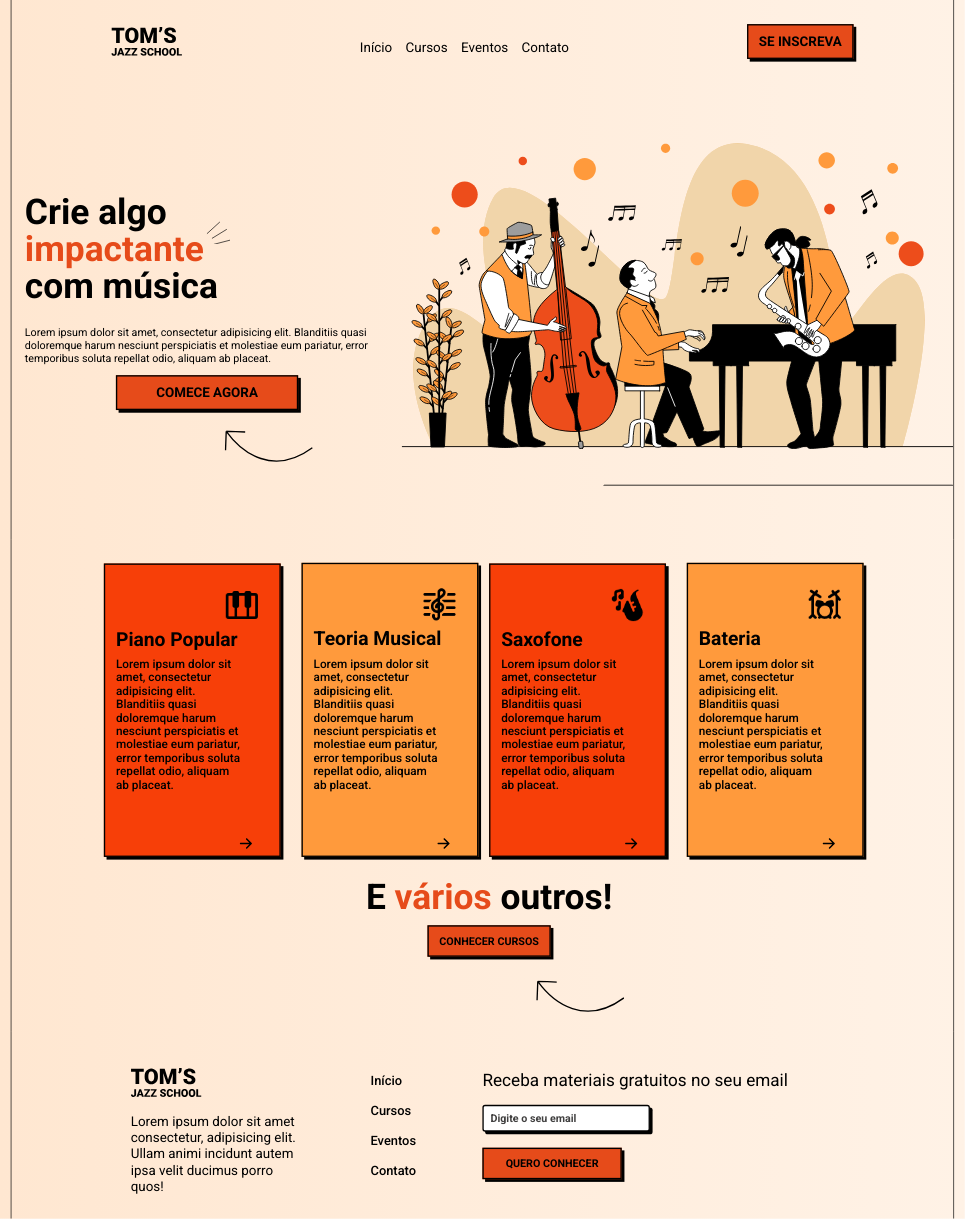
Repository: guilhermecardoso93/obebitecode
Page: index.html
The author's editor kept a copy of each file at every save. The page is drawn from the files as they stood at one save, then again after the next save.
The browser window is 1440 px wide. The pictures show the whole page, at 67% of full size.

Above is the page before, as saved 2023-08-16 21:22:24.

### index.html
<!DOCTYPE html>
<html lang="pt-BR">

<head>
  <meta charset="UTF-8" />
  <meta name="viewport" content="width=device-width, initial-scale=1.0" />
  <link rel="preconnect" href="https://fonts.googleapis.com" />
  <link rel="preconnect" href="https://fonts.gstatic.com" crossorigin />
  <link href="https://fonts.googleapis.com/css2?family=Roboto:wght@400;500;700&display=swap" rel="stylesheet" />
  <link rel="stylesheet" href="css/style.css" />
  <title>Tom's Jazz School</title>
</head>

<body>
  <header>
    <div class="container">
      <img src="./assets/logo.svg" alt="Logo da Tom's Jazz School" />
      <nav>
        <a href="/"><span>Início</span></a>
        <a href="/"><span>Cursos</span></a>
        <a href="/"><span>Eventos</span></a>
        <a href="/"><span>Contato</span></a>
      </nav>
      <a href="/" class="subscribeButton subscribeButton mt-1 mx-auto mb-1">Se Inscreva</a>
    </div>
  </header>

  <main>
    <section class="hero-section">
      <div class="container row-reverse">
        <img src="./assets/hero-img.svg" alt="Banda de Jazz Tocando" />
        <div>
          <h1 class="mt-2">
            Crie algo <span class="text-primary decoration">impactante</span> com música
          </h1>
          <p class="mt-2 mb-2"></p>
          Lorem ipsum dolor sit amet, consectetur adipisicing elit. Blanditiis
          quasi doloremque harum nesciunt perspiciatis et molestiae eum
          pariatur, error temporibus soluta repellat odio, aliquam ab placeat.
          </p>
          <a href="/" class="subscribeButton mt-1 mx-auto">Comece Agora</a>
        </div>
      </div>
    </section>
    <section class="hero-section">
      <div class="cards">
        <article class="card">
          <img src="./assets/piano.png" alt="ícone de tecla de piano" />
          <h3>Piano Popular</h3>
          <p>
            Lorem ipsum dolor sit amet, consectetur adipisicing elit.
            Blanditiis quasi doloremque harum nesciunt perspiciatis et
            molestiae eum pariatur, error temporibus soluta repellat odio,
            aliquam ab placeat.
          </p>
          <a href="#">
            <img src="./assets/arrow-right.svg" alt="svg de seta para direita" />
          </a>
        </article>
        <article class="card">
          <img src="./assets/clef.png" alt="Icone de clave de sol" />
          <h3>Teoria Musical</h3>
          <p>
            Lorem ipsum dolor sit amet, consectetur adipisicing elit.
            Blanditiis quasi doloremque harum nesciunt perspiciatis et
            molestiae eum pariatur, error temporibus soluta repellat odio,
            aliquam ab placeat.
          </p>
          <a href="#">
            <img src="./assets/arrow-right.svg" alt="svg de seta para direita" />
          </a>
        </article>
        <article class="card">
          <img src="./assets/sax.png" alt="Icone de saxofone" />
          <h3>Saxofone</h3>
          <p>
            Lorem ipsum dolor sit amet, consectetur adipisicing elit.
            Blanditiis quasi doloremque harum nesciunt perspiciatis et
            molestiae eum pariatur, error temporibus soluta repellat odio,
            aliquam ab placeat.
          </p>
          <a href="#">
            <img src="./assets/arrow-right.svg" alt="svg de seta para direita" />
          </a>
        </article>
        <article class="card">
          <img src="./assets/drums.png" alt="Ícone de bateria" />
          <h3>Bateria</h3>
          <p>
            Lorem ipsum dolor sit amet, consectetur adipisicing elit.
            Blanditiis quasi doloremque harum nesciunt perspiciatis et
            molestiae eum pariatur, error temporibus soluta repellat odio,
            aliquam ab placeat.
          </p>
          <a href="#">
            <img src="./assets/arrow-right.svg" alt="svg de seta para direita" />
          </a>
        </article>
      </div>
      <div class="rodape-article">
        <h1 class=> E <span>vários</span> outros!</h1>
        <a href="/" class="subscribeButton btn-courses">conhecer cursos</a>
      </div>
    </section>
  </main>
  <footer id="contato">
    <div class="container">
      <div class='about'>
        <img src="./assets/logo.svg" alt="Banda de Jazz Tocando" class="mt-1" />
        <p>Lorem ipsum dolor sit amet consectetur, adipisicing elit. Ullam animi incidunt autem ipsa velit ducimus porro
          quos!</p>
      </div>
      <nav class="footer-menu">
        <a href="#inicio"><span>Início</span></a>
        <a href="#cursos"><span>Cursos</span></a>
        <a href="#eventos"><span>Eventos</span></a>
        <a href="#contato"><span>Contato</span></a>
      </nav>
      <form>
        <label for="email" class="mb-1">Receba materiais gratuitos no seu email</label>
        <input type="email" placeholder="Digite o seu email">
        <a href="/" class="subscribeButton btn-footer">quero conhecer</a>
    </form>
    </div>
  </footer>
</body>

</html>

### css/style.css
@import url("./basics.css");
@import url("./header.css");
@import url("./main.css");
@import url("./footer.css");
@import url("./responsivo.css");

### css/basics.css
* {
  margin: 0;
  padding: 0;
  box-sizing: border-box;
  font-family: "Roboto", sans-serif;
}

:root {
  --color-primary: #ed4d1b;
  --color-secondary: #ff9a3c;
  --color-black: #000;
  --color-white: #fff;
}

body {
  background: linear-gradient(90deg, #ffe7d1 0%, #fff2e6 100%);
  padding: 0 1rem;
}

body,
html {
  overflow-x: hidden !important;
}

a {
  text-decoration: none;
  cursor: pointer;
}

.mt-1 {
  margin-top: 1rem;
}

.mt-2 {
  margin-top: 2rem;
}

.mb-1 {
  margin-bottom: 1rem;
}

.mb-2 {
  margin-bottom: 2rem;
}

.mx-auto {
  margin-left: auto;
  margin-right: auto;
}

.text-primary {
  color: var(--color-primary);
}

.text-center {
  text-align: center;
}

header,
.hero-section,
.courses-section,
footer {
  border-color: --color-black;
  border-style: solid;
  border-width: 0 1px;
  padding: 20px;
}

.subscribeButton {
  border: 2px solid #000;
  box-shadow: 4px 4px 0 #000;
  font-weight: 600;
  display: block;
  background: #e64b1a;
  text-transform: uppercase;
  font-size: 1.25rem;
  padding: 0.75rem 1rem;
  max-width: 17rem;
  position: relative;
  color: var(--color-black);
  text-align: center;
}

.subscribeButton:hover {
  border: 2px solid #e64b1a;
  box-shadow: 4px 4px 0 #e64b1a;
  font-weight: 600;
  display: block;
  color: #e64b1a;
  text-transform: uppercase;
  font-size: 1.25rem;
  padding: 0.75rem 1rem;
  max-width: 17rem;
  position: relative;
  background: var(--color-black);
  text-align: center;
}

span {
  margin: 0;
}

### css/header.css
header img {
  display: block;
  margin: 1rem auto;
}

header nav {
  display: grid;
  grid-template-columns: 1fr 1fr;
  margin-bottom: 1rem;
  margin: 1rem auto 0;
}

nav a {
  color: var(--color-black);
  font-size: 1.25rem;
  padding: 0.5rem;
  text-decoration: none;
  text-weight: bold;
}

nav a span:hover {
  border-bottom: 3px solid #000;
}

header nav a:nth-child(2n-1) {
  text-align: right;
}

### css/main.css
.hero-section {
  padding-right: 0;
  padding-bottom: 5rem;
}

.hero-section img {
  display: block;
  margin: 1.25rem 0 0 auto;
  max-width: 100%;
}

h1 {
  font-size: 3.3rem;
  line-height: 105%;
  font-weight: 700;
}

h2 {
  font-size: 2.5rem;
}

.hero-section p {
  font-size: 1.25rem;
  padding-right: 1.25rem;
}

.hero-section .subscribeButton {
  position: relative;
}

.hero-section .subscribeButton::after {
  content: "";
  background: url("../assets/arrow-curve.svg") no-repeat;
  display: block;
  content: "";
  width: 100%;
  height: 50px;
  position: absolute;
  top: 5rem;
  left: 10rem;
}

.decoration {
  display: block;
  color: #e64b1a;
  position: relative;
}

.decoration::after {
  content: "";
  background: url("../assets/three-dashes.svg");
  position: absolute;
  top: -1rem;
  height: 36px;
  width: 40px;
}

.courses-section {
  display: grid;
  justify-content: center;
  gap: 20px;
  margin-top: -5rem;
  border-top: none;
}

.card {
  background: #f73f08;
  display: grid;
  justify-content: center;
  align-items: center;
  padding: 1rem 2rem 0 1rem;
  max-width: 16.5rem;
  gap: 10px;
  box-shadow: 4px 4px 0 #000;
  border: 2px solid #000;
}

.card h3 {
  font-size: 1.8rem;
  font-weight: 600;
}

.card p {
  font-size: 1.1rem;
  font-weight: 500;
  margin-bottom: 30px;
}

.card a {
  margin-left: 11rem;
}

.card:nth-child(2n) {
  margin-left: 0.935rem;
  background: #ff9a3c;
}

.rodape-article {
  display: flex;
  flex-direction: column;
  align-items: center;
  gap: 15px;
  font-weight: 900;
  font-size: 2.5rem;
  margin: 2rem 0;
}

.rodape-article span {
  color: #e64b1a;
}

.btn-courses {
  max-width: 13rem;
  font-size: 1rem;
}

.btn-courses:hover {
  max-width: 13rem;
  font-size: 1rem;
}

### css/footer.css
footer {
  display: grid;
  gap: 10px;
}
footer h1 {
  font-size: 1.5rem;
  text-transform: uppercase;
  font-weight: 900;
}

footer span {
  font-size: 3rem;
}

footer p {
  margin-top: 20px;
  font-size: 1.2rem;
}

.footer-menu {
  display: flex;
  flex-direction: column;
  gap: 5px;
  margin: 2rem 0;
}

.footer-menu a span {
  font-size: 1.2rem;
  font-weight: 500;
}

.footer-menu a span:hover {
  border-bottom: 3px solid #000;
}

footer label {
  font-size: 1.6rem;
  line-height: 1;
}
footer input {
  border-radius: 4px;
  padding: 0 10px;
  margin: 1.5rem 0;
  width: 250px;
  height: 40px;
  border: 2px solid #000;
  box-shadow: 4px 4px 0 #000;
}
footer input::placeholder {
  color: #414040;
  font-size: 1rem;
  font-weight: 900;
}

.btn-footer {
  font-size: 1rem;
  max-width: 13rem;
}

.btn-footer:hover {
  font-size: 1rem;
  max-width: 13rem;
}

### css/responsivo.css
@media screen and (min-width: 40rem) {
  header nav {
    display: block;
    text-align: center;
  }

  .cards {
    display: flex;
    flex: 1;
    flex-wrap: wrap;
    justify-content: center;
  }

  .card:nth-child(2n) {
    margin-top: 0.935rem;
    margin-right: 1rem;
  }

  .card:nth-child(2n-1) {
    margin-top: 1rem;
    margin-right: 1rem;
  }
}

@media screen and (min-width: 48rem) {
  header div {
    display: flex;
    align-items: center;
    justify-content: space-between;
  }

  header img,
  header nav,
  haeder a {
    margin: o;
  }
}

@media screen and (min-width: 72rem) {
  .container {
    display: flex;
    align-items: center;
    margin: 0 auto;
    max-width: 72rem;
  }

  .row-reverse {
    flex-direction: row-reverse;
  }

  footer .about {
    flex: 2
  }

  footer .about p {
    font-size: 1.25rem;
    max-width: 16rem;
  }

  footer nav {
    flex: 1
  }

  footer form {
    flex: 3;
  }
}


@media screen and (min-width: 90rem) {
  .container {
    max-width: 90rem;
  }
}

After the next save:
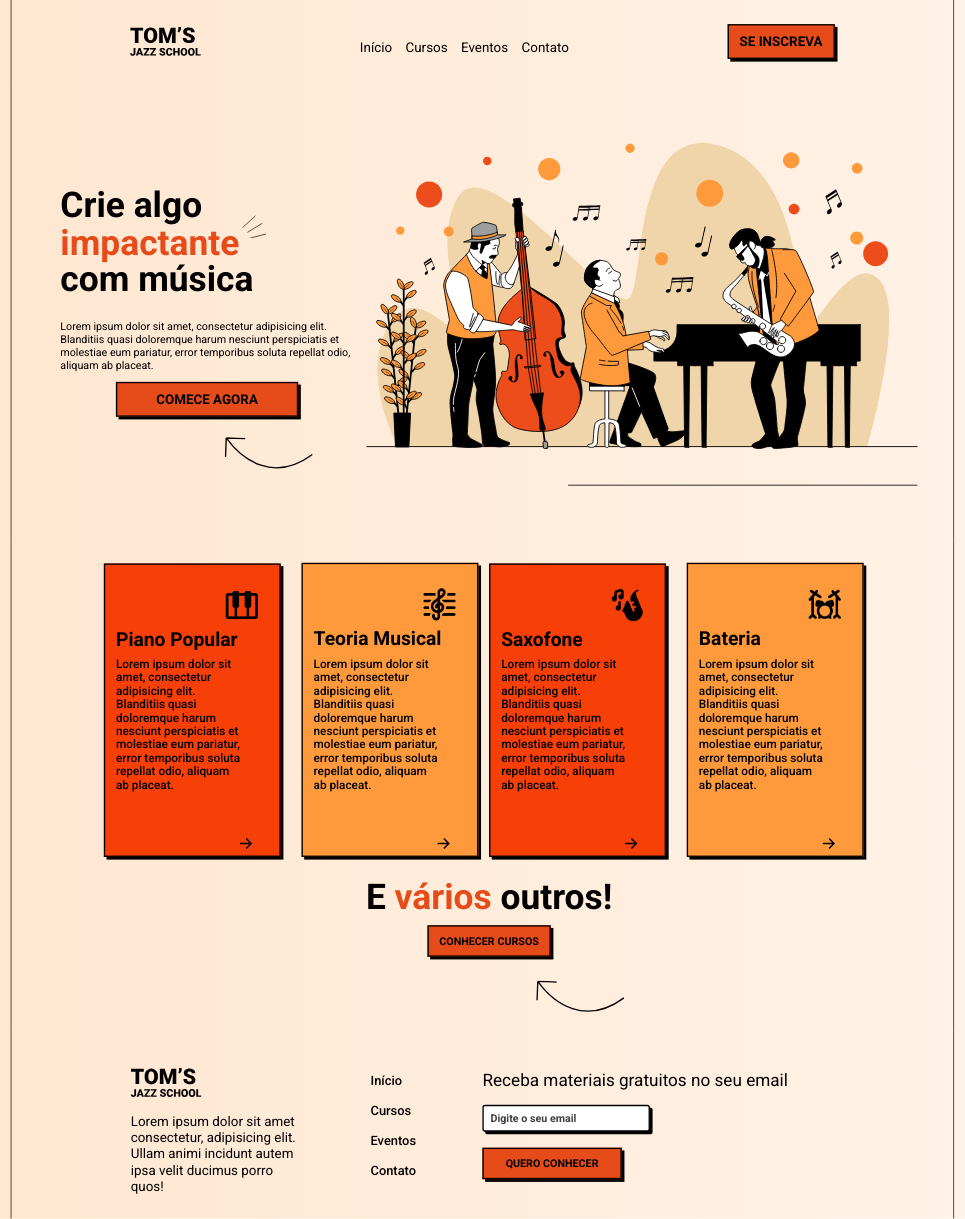
Saved 15 s later.
--- a/css/responsivo.css
+++ b/css/responsivo.css
@@ -69,6 +69,6 @@
 
 @media screen and (min-width: 90rem) {
   .container {
-    max-width: 90rem;
+    max-width: 80rem;
   }
 }
